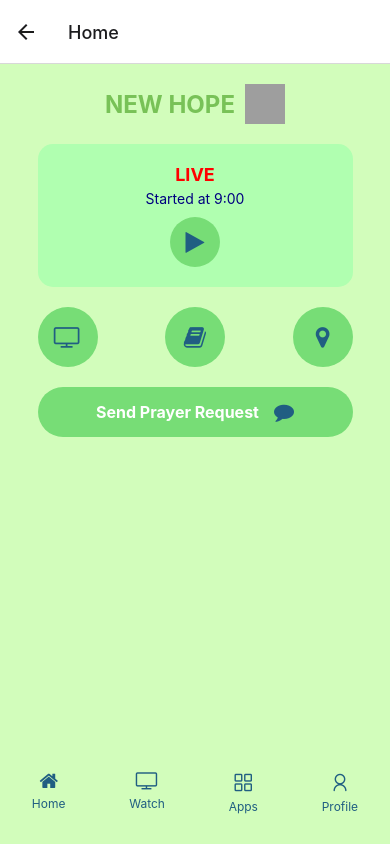
Repository: AbrahamM007/NewHopeChurchApp
Screen: /Home
The author's editor kept a copy of each file at every save. The screen is drawn from the files as they stood at one save, then again after the next save.
Pictures or frames that could not be fetched are drawn as grey boxes. The app was drawn by React Native's web renderer in a window 390 px wide. The project was rebuilt for these pictures with package versions that can differ from the ones it lists, and the page was loaded fresh each time. Some packages were replaced by stand-ins written for this rebuild. Also part of the build but not shown: screens/SignUpScreen.js.

Above is the screen before, as saved 2024-10-21 17:11:44.

After the next save:
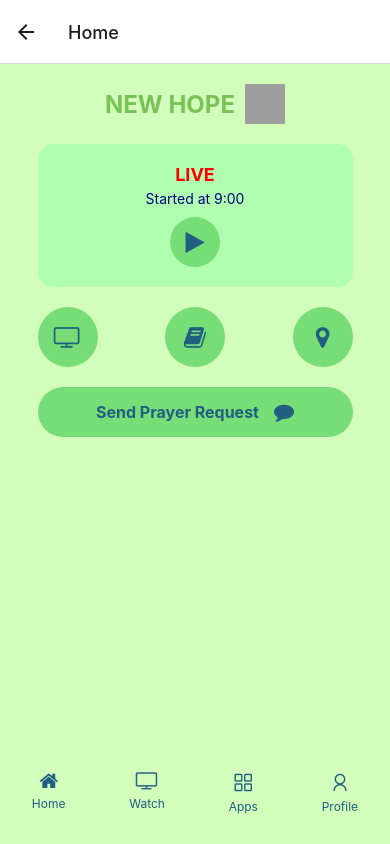
Saved 37 s later.
--- a/screens/HomeScreen.js
+++ b/screens/HomeScreen.js
@@ -145,7 +145,7 @@ const styles = StyleSheet.create({
     justifyContent: 'center',
   },
   prayerButtonText: {
-    color: '#fff',
+    color: '#205E82',
     fontSize: 16,
     fontWeight: 'bold',
     marginRight: 10,
